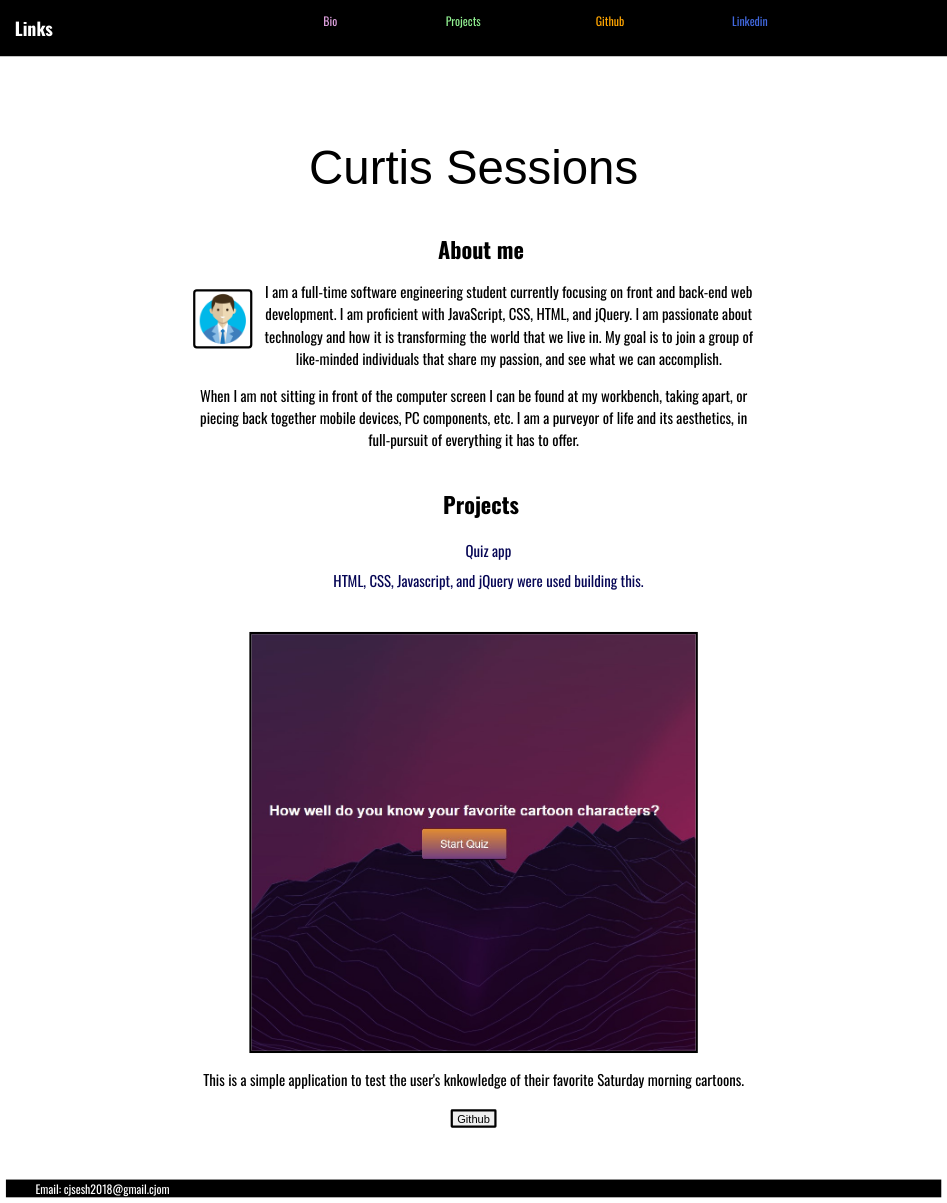
Repository: cjsesh00/NewProfile
Page: index.html
The author's editor kept a copy of each file at every save. The page is drawn from the files as they stood at one save, then again after the next save.
The browser window is 1280 px wide. The pictures show the whole page, at 74% of full size.
Some web fonts or font styles are not loaded; a fallback is used. Some web libraries are served in a nearby version.

Above is the page before, as saved 2020-03-08 17:47:52.
Not found: scripts/index.js

After the next save:
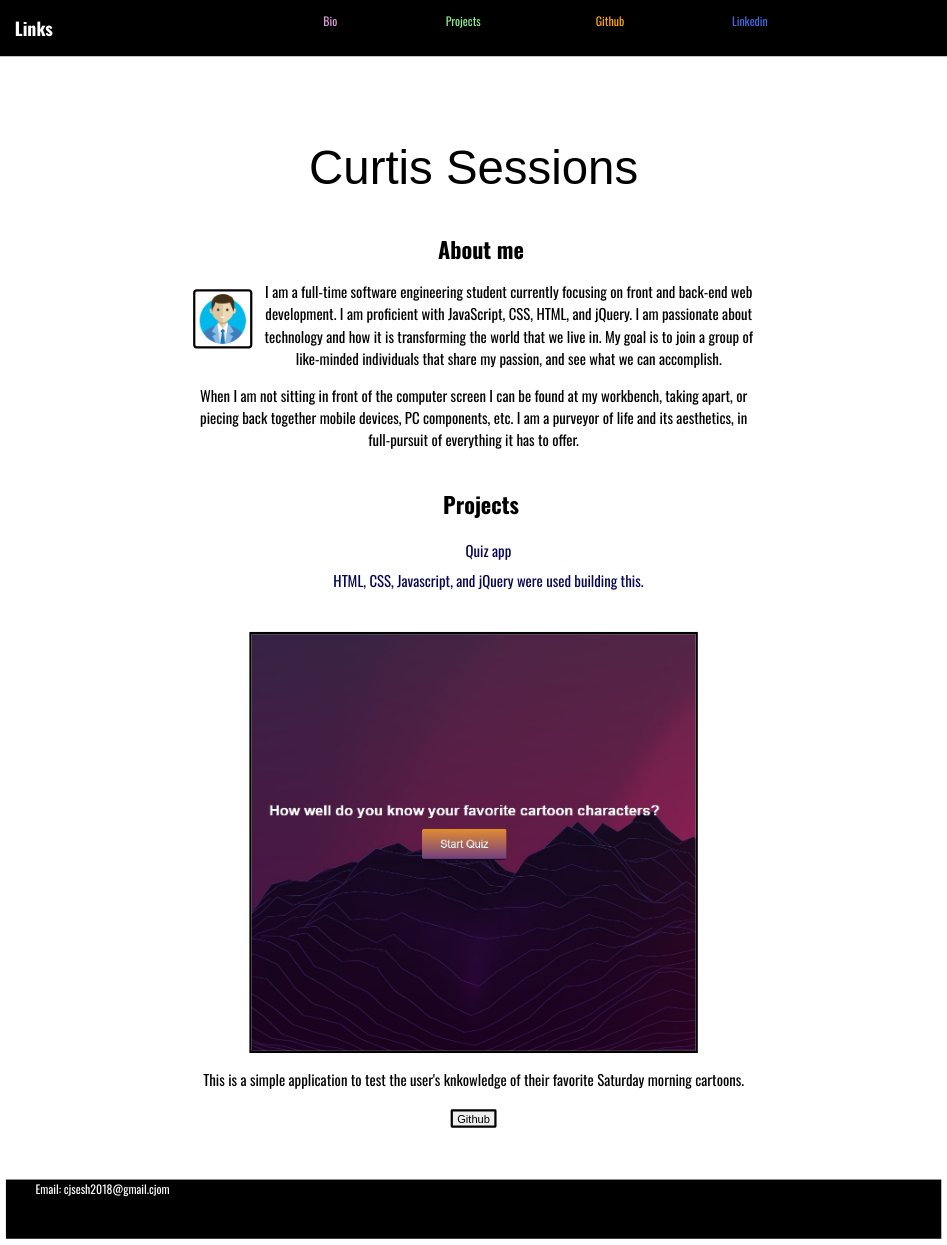
Saved 41 s later.
--- a/main.css
+++ b/main.css
@@ -81,6 +81,7 @@ button{
   background-color: black;
   color: white;
   width: 100%;
+  height: 5em;
 }
 
 #footer ul{
